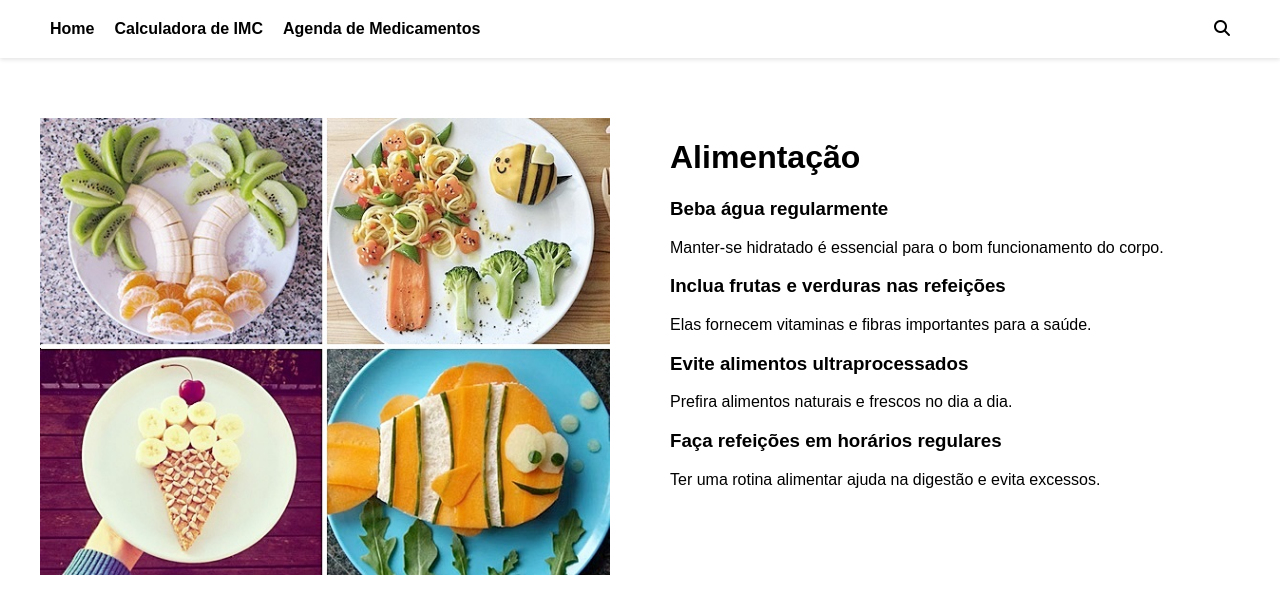
Repository: Cristiane-Sartori14/dicasSaude
Page: index.html
An editor plug-in stored every save of this project. The page is shown before and after the next save, followed by the edit.
The browser window is 1280 px wide. The pictures show the whole page.

Above is the page before, as saved 2025-05-18 21:34:40.

### index.html
<!DOCTYPE html>
<html lang="en">
<head>
    <meta charset="UTF-8">
    <meta name="viewport" content="width=device-width, initial-scale=1.0">
    <title>Dicas de Saúde</title>
    <link rel="stylesheet" href="style.css">

   <link rel="stylesheet" href="https://cdnjs.cloudflare.com/ajax/libs/font-awesome/6.5.0/css/all.min.css">

</head>
<body>
    <!--Cabeçalho-->
    <header class="header">
        <div class="nav-container">
            <nav>
                <ul class="nav-links">
                    <li><a href="#">Home</a></li>
                    <li><a href="#">Calculadora de IMC</a></li>
                    <li><a href="#">Agenda de Medicamentos</a></li>
                </ul>
            </nav>
            <div class="header-icons">
                <div class="icon search-icon">
                    <i class="fa-solid fa-magnifying-glass"></i>
                </div>
            </div>
        </div>
    </header>

     <!--Detalhes do página-->
     <div class="health-container">
        <div class="health-image">
            <img src="img/alimento.jpg" alt="Alimentação Saudável">
        </div>

        <div class="health-details">
        <h1 class="health-title">Alimentação</h1>

        <h3>Beba água regularmente</h3>
        <p>Manter-se hidratado é essencial para o bom funcionamento do corpo.</p>

        <h3>Inclua frutas e verduras nas refeições</h3>
        <p>Elas fornecem vitaminas e fibras importantes para a saúde.</p>

        <h3>Evite alimentos ultraprocessados</h3>
        <p>Prefira alimentos naturais e frescos no dia a dia.</p>

        <h3>Faça refeições em horários regulares</h3>
        <p>Ter uma rotina alimentar ajuda na digestão e evita excessos.</p>

        </div>

     </div>



</body>
</html>

### style.css
body {
    margin: 0;
    font-family: Arial, Helvetica, sans-serif;
}

/*Cabeçalho*/
.header {
    padding: 10px 50px;
    background-color: #fff;
    box-shadow: 0 2px 4px rgba(0, 0, 0, 0.1);
    margin-bottom: 40px;
}

.nav-container {
    max-width: 1200px; /*largura máxima do texto*/
    margin: 0 auto;
    display: flex;
    justify-content: space-between; /*centraliza eles*/
    align-items: center;
    padding: 10px 0;
}

.nav-links {
    list-style: none;
    display: flex;
    gap: 20px;
    margin: 0;
    padding: 0;
}

.nav-links a {
    text-decoration: none; /*tirar o _*/
    color: #000;
    font-weight: bold;
    transition: 0.4s;
}

.nav-links a:hover, .header-icons i:hover {
    color: #ccc;
}

.header-icons {
    display: flex;
    gap: 20px
}

/*Detalhes do página*/
.health-container{
    display: flex;
    max-width: 1200px;
    margin: 0 auto;
    padding: 20px 0;
    gap: 20px;
}

.health-image {
  flex: 2;
  padding-right: 20px;
}

.health-image img {
  max-width: 100%;
  height: ;
  display: block;
}

.health-details {
  flex: 2;
  padding-left: 20px;
}

After the next save:
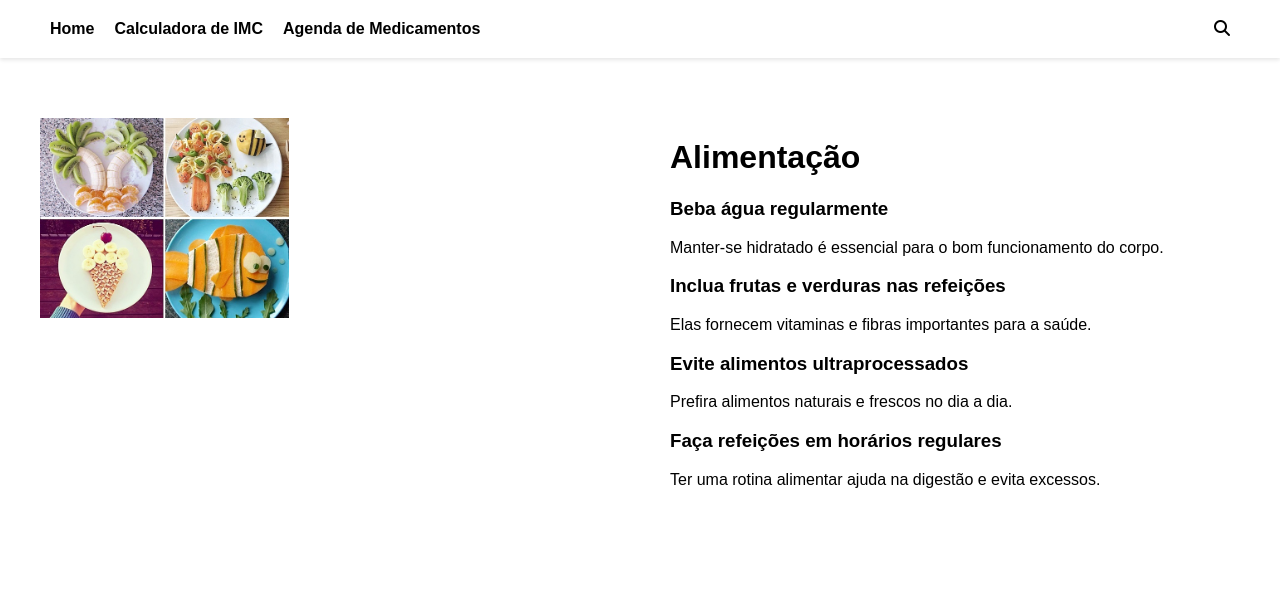
Saved 15 s later.
--- a/style.css
+++ b/style.css
@@ -60,7 +60,7 @@
 
 .health-image img {
   max-width: 100%;
-  height: ;
+  height: 200px;
   display: block;
 }
 

After the save that followed:
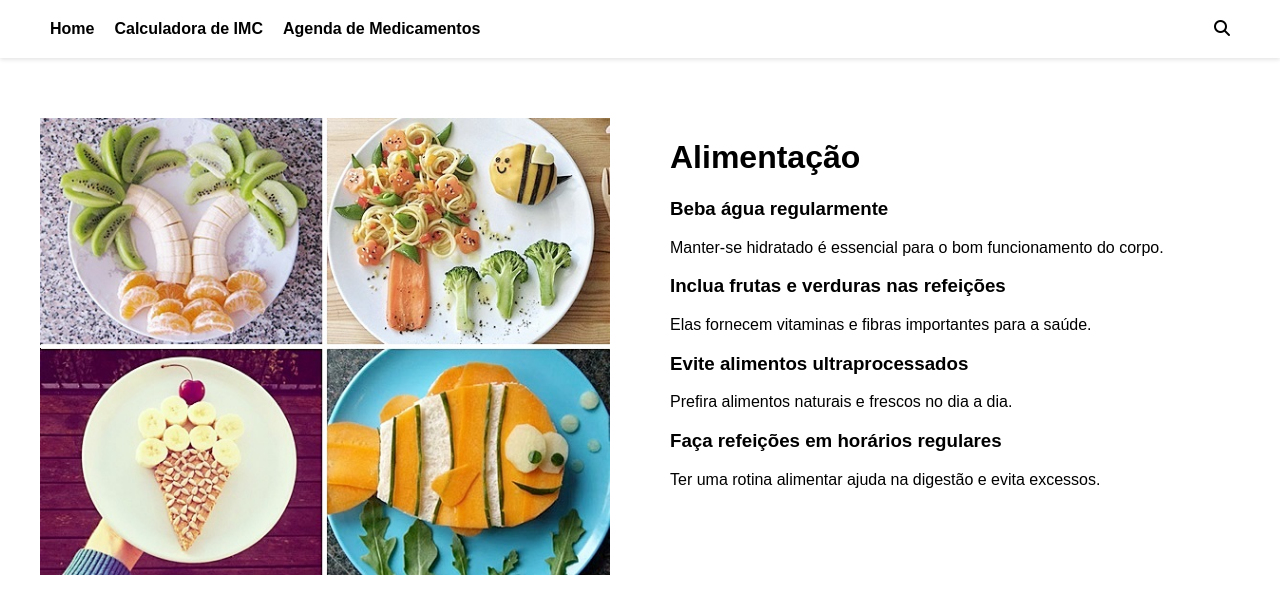
Saved 7 s later.
--- a/style.css
+++ b/style.css
@@ -60,7 +60,7 @@
 
 .health-image img {
   max-width: 100%;
-  height: 200px;
+  height: auto;
   display: block;
 }
 
